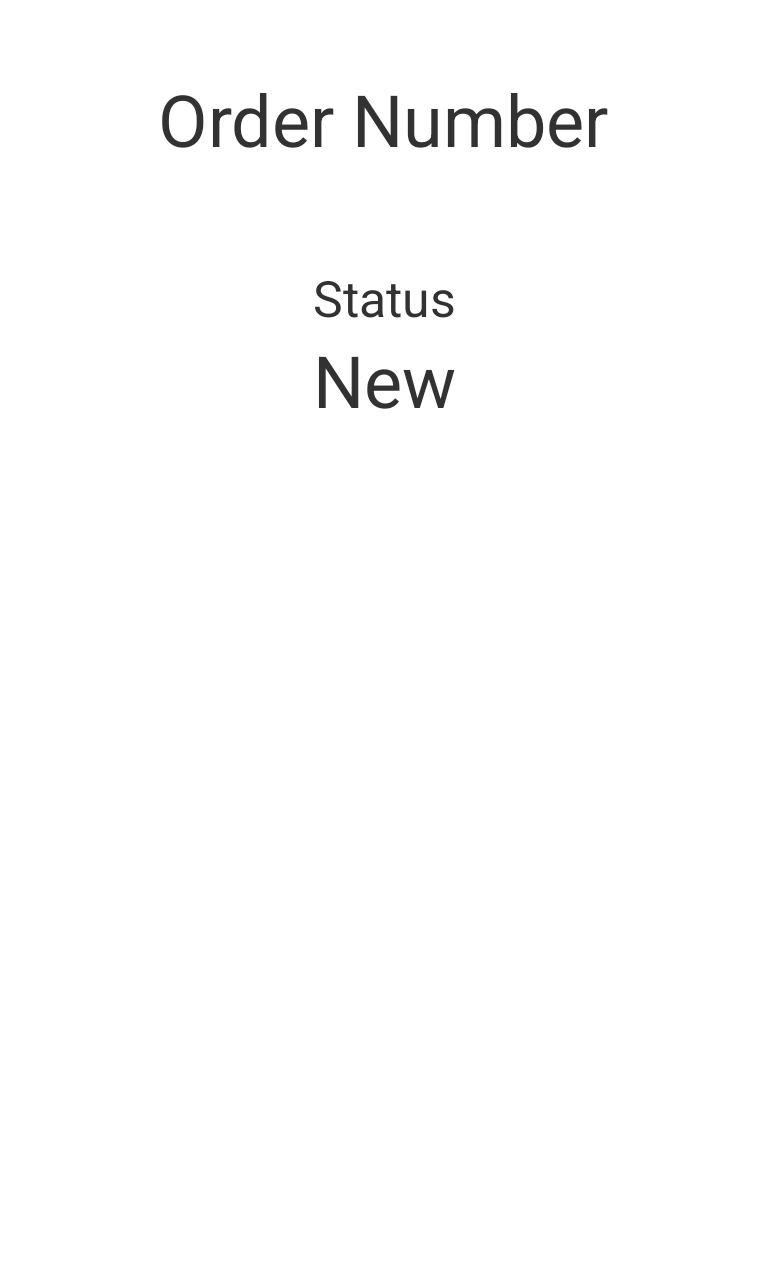
Repository: PotatoBiscuit/Thirstbuster
Layout: MobApp/workspace/DrinkAndGo/res/layout/activity_order.xml
The author's editor kept a copy of each file at every save. The layout is drawn from the files as they stood at one save, then again after the next save.
It is drawn on a 768 x 1280 px phone screen (xhdpi) without system bars, with theme AppTheme; the app's code is not run.

Above is the layout before, as saved 2016-04-18 02:09:16.

After the next save:
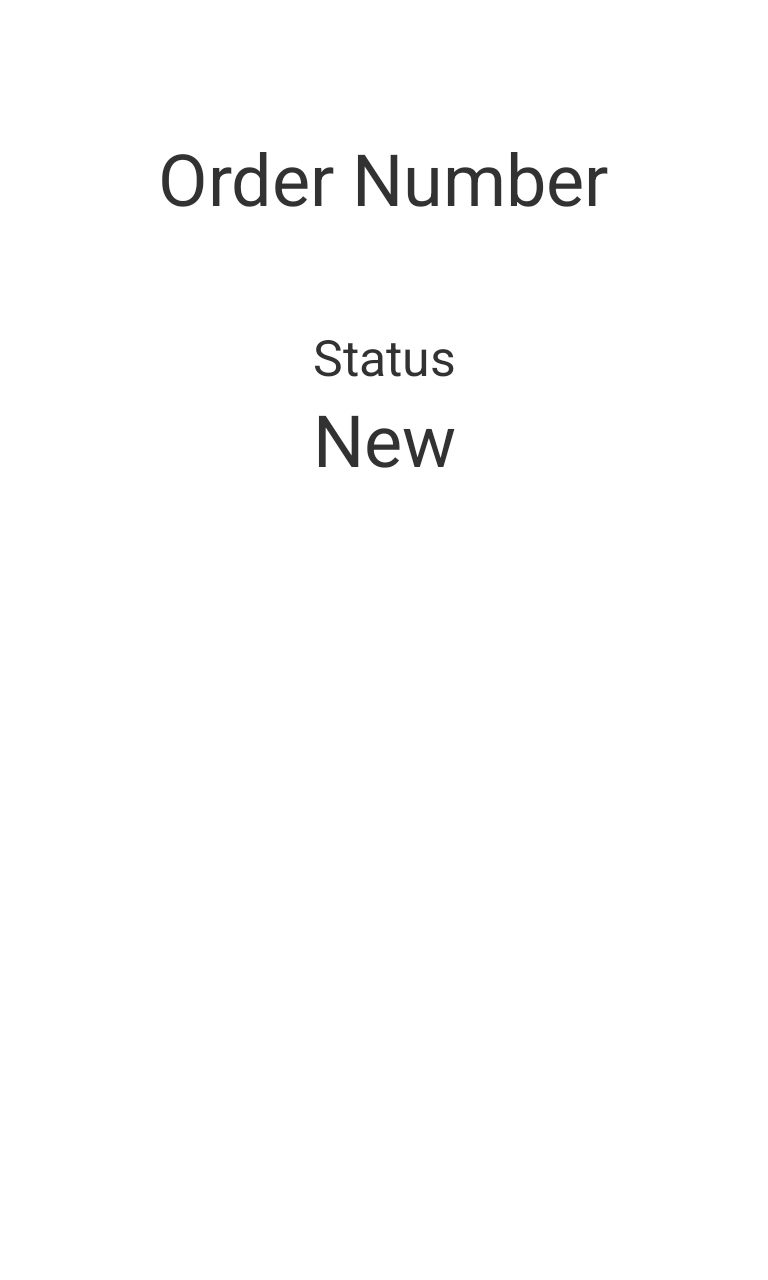
Saved 7 s later.
--- a/MobApp/workspace/DrinkAndGo/res/layout/activity_order.xml
+++ b/MobApp/workspace/DrinkAndGo/res/layout/activity_order.xml
@@ -15,7 +15,8 @@
         android:id="@+id/venue"
         android:layout_width="match_parent"
         android:layout_height="wrap_content"
-        android:ems="10" />
+        android:ems="10"
+        android:textSize="@dimen/title_size" />
 
     <TextView
         android:id="@+id/order_number_text"
